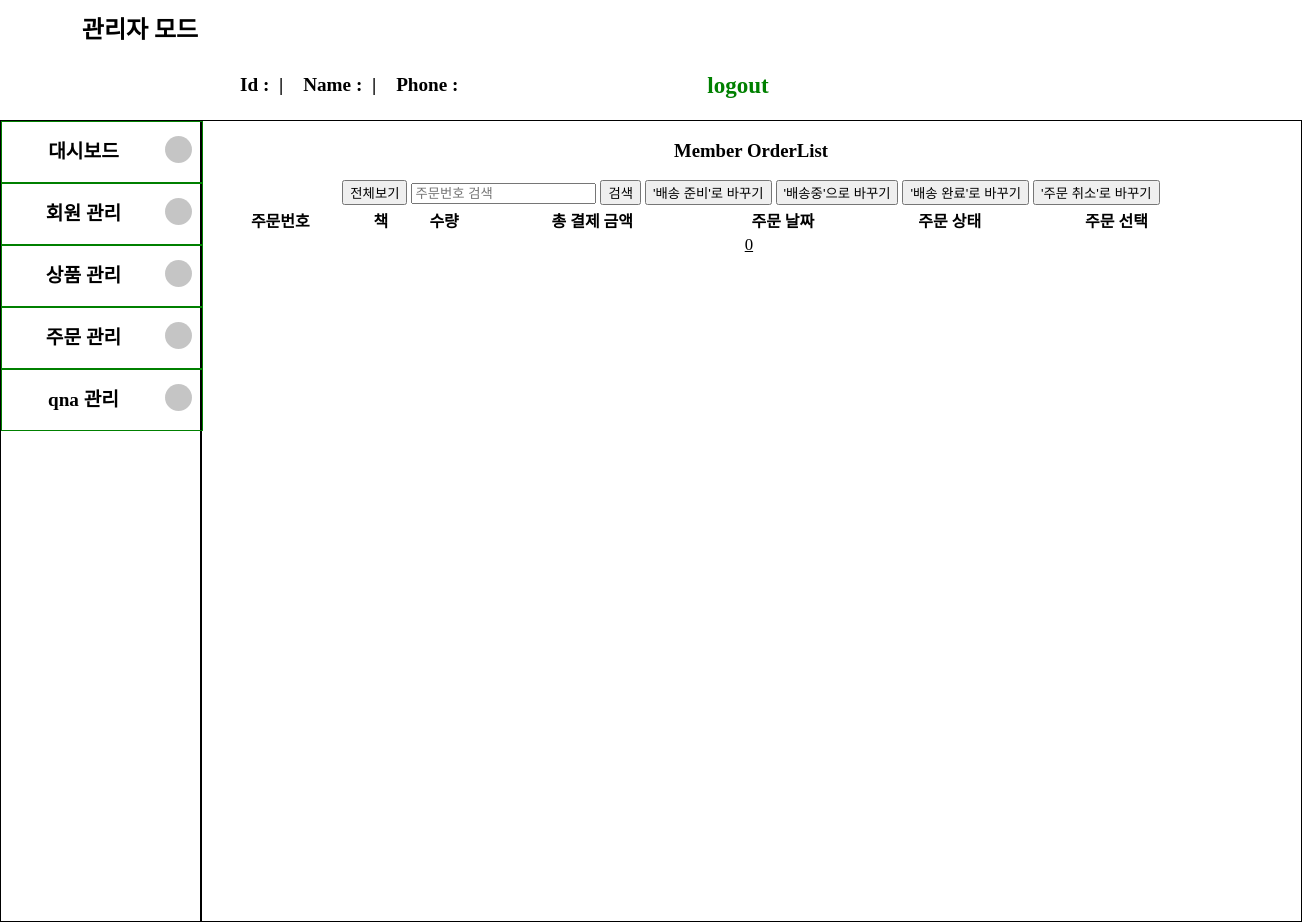
Repository: GreenShrew/SmallProject
Page: http://localhost/BookStore/admin/order/adminOrderList.jsp
An editor plug-in stored every save of this project. The page is shown before and after the next save, followed by the edit.
The browser window is 1280 px wide. The page is 1302 px wide, so the pictures cover 1302 px, including what lies to the right of the window. The pictures show the whole page.
Pictures or frames that could not be fetched are drawn as grey boxes. The page is served by Tomcat 9. The template is opened directly, without the code that normally fills it, so the values that code supplies are empty.

Above is the page before, as saved 2022-02-22 05:07:09.

After the next save:
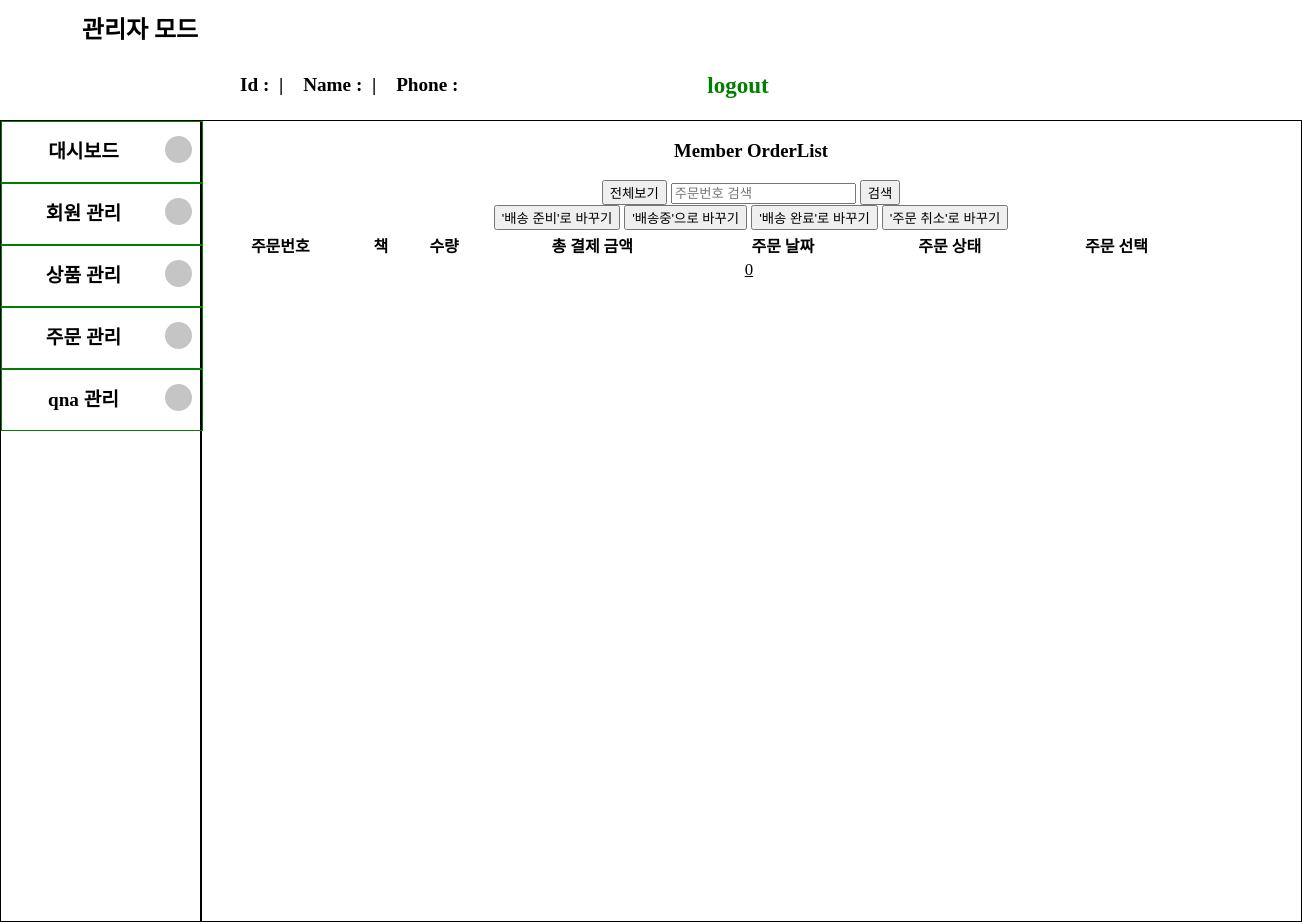
Saved 13 s later.
--- a/BookStore/src/main/webapp/admin/order/adminOrderList.jsp
+++ b/BookStore/src/main/webapp/admin/order/adminOrderList.jsp
@@ -7,7 +7,7 @@
 	<form name="form" method="post">
 		<input type="button" name="button_search" value="전체보기" onClick="go_ListTotal('adminOrderList')">
 		<input type="text" name="key" value="${key}" placeholder="주문번호 검색">
-		<input type="button" name="button_search" value="검색" onClick="">
+		<input type="button" name="button_search" value="검색" onClick=""><br>
 		<input type="button" name="button_search" value="'배송 준비'로 바꾸기" onClick="orderChange(2);">
 		<input type="button" name="button_search" value="'배송중'으로 바꾸기" onClick="orderChange(3);">
 		<input type="button" name="button_search" value="'배송 완료'로 바꾸기" onClick="orderChange(4);">
